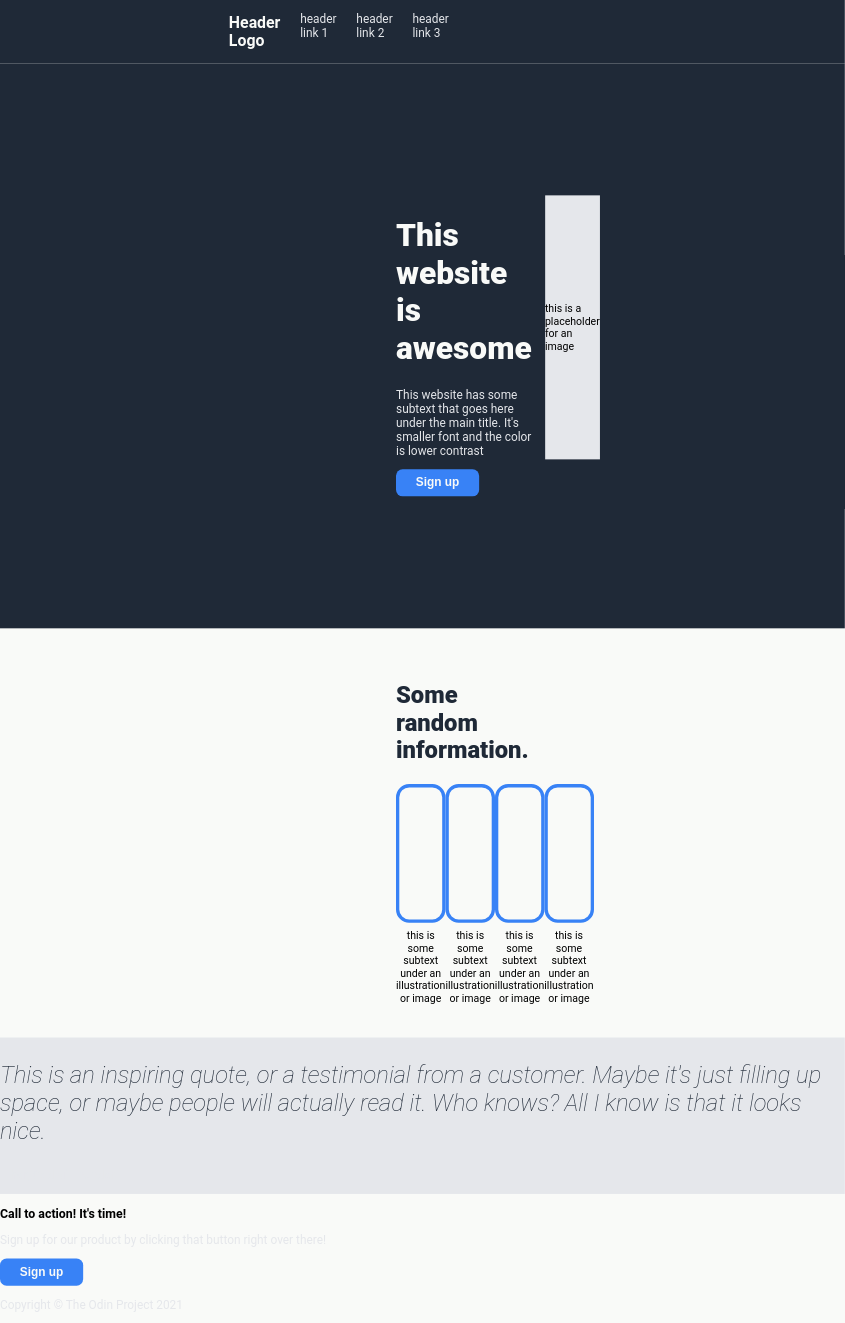
Repository: rsoetydev/landing-page
Page: index.html
The author's editor kept a copy of each file at every save. The page is drawn from the files as they stood at one save, then again after the next save.
The browser window is 1280 px wide. The pictures show the whole page, at 66% of full size.

Above is the page before, as saved 2023-11-28 10:29:08.

After the next save:
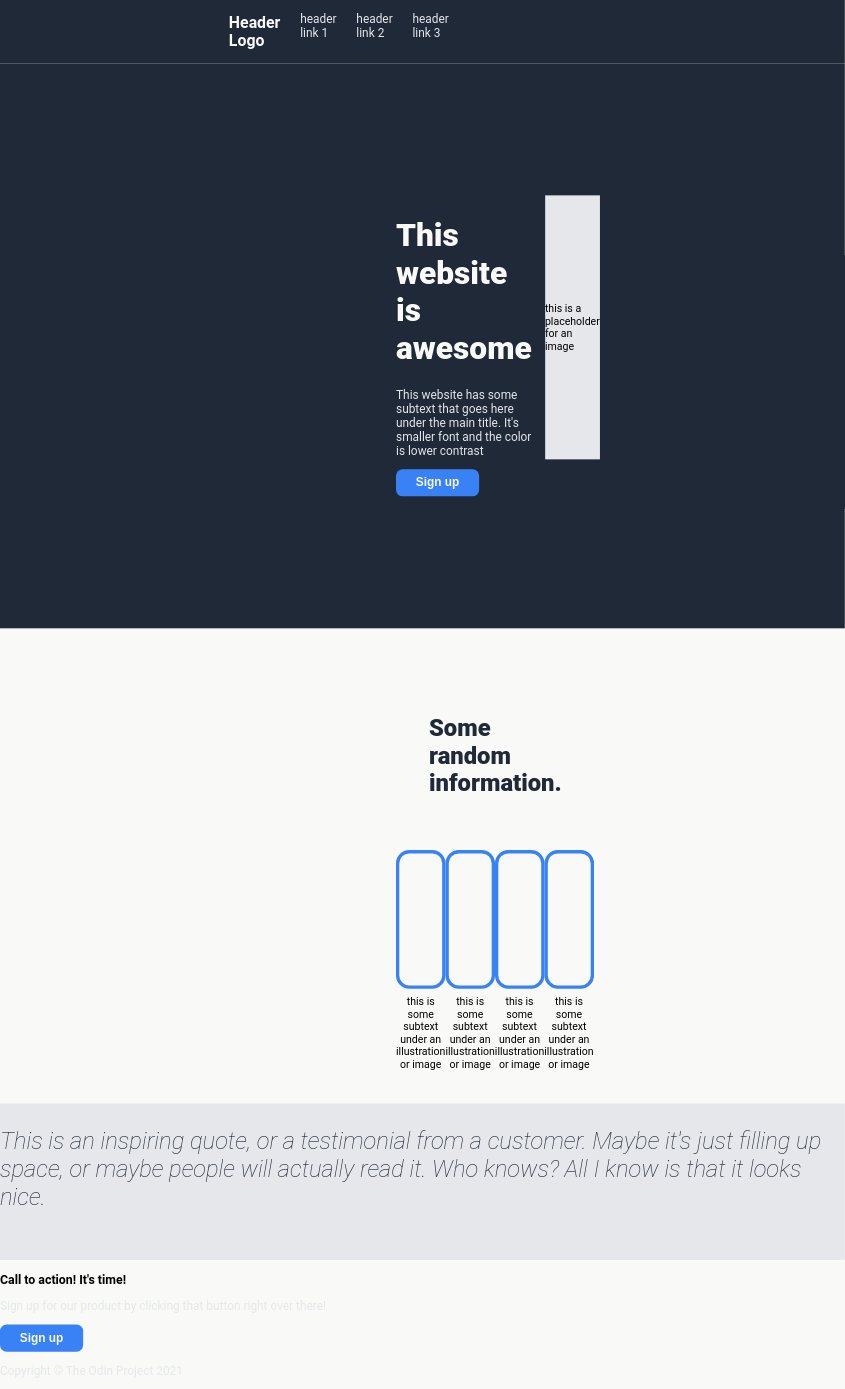
Saved 17 s later.
--- a/style.css
+++ b/style.css
@@ -88,6 +88,7 @@
 
 .info-title{
     text-align: center;
+    padding: 50px;
 }
 
 .info{

After the save that followed:
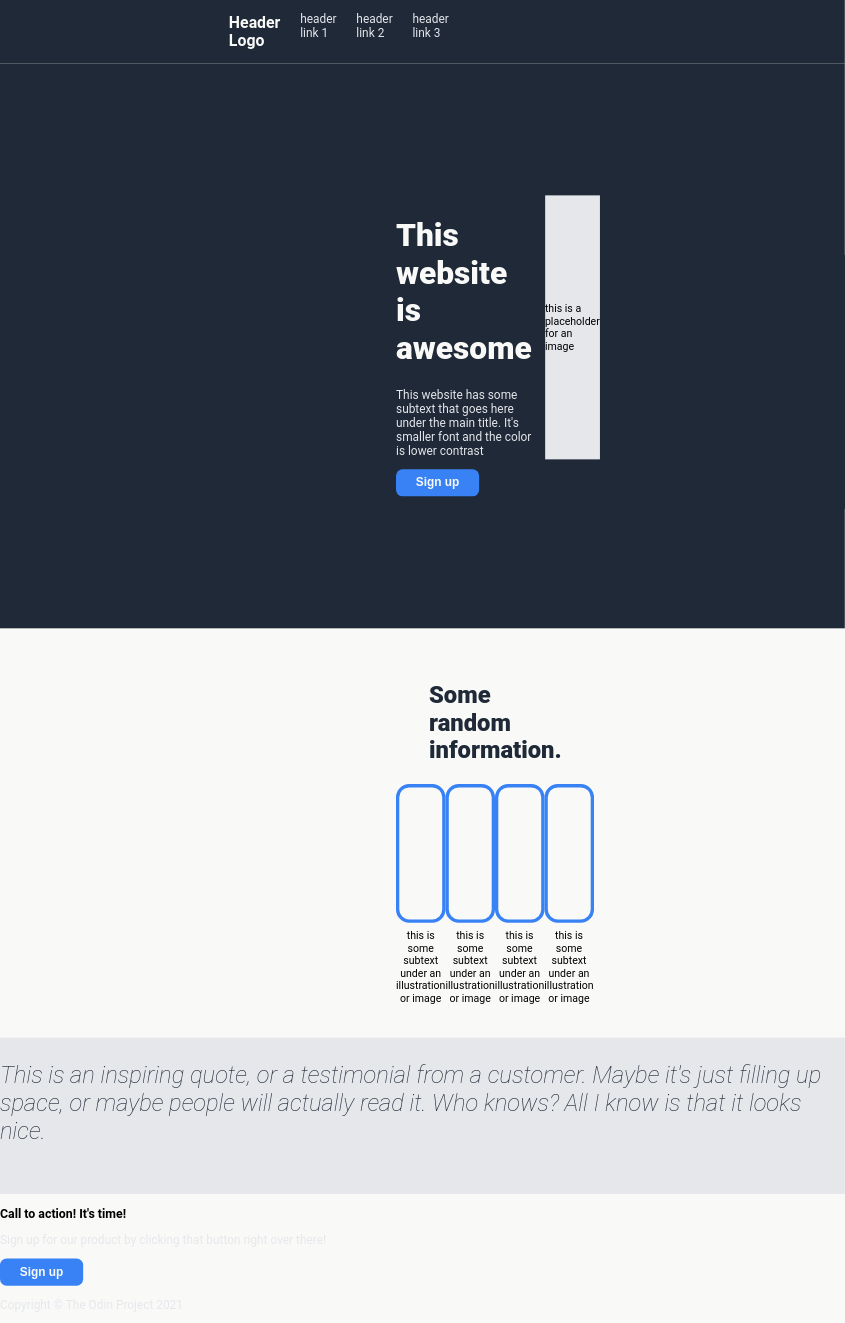
Saved 8 s later.
--- a/style.css
+++ b/style.css
@@ -88,7 +88,7 @@
 
 .info-title{
     text-align: center;
-    padding: 50px;
+    padding: 0 0 0 50px;
 }
 
 .info{
